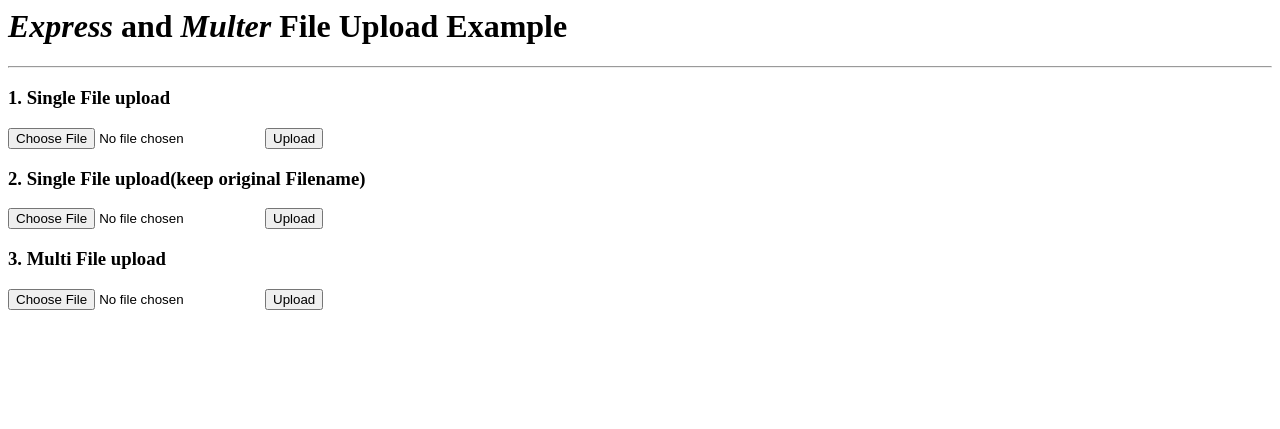
Repository: pys5205/anew
Page: http://localhost/
The author's editor kept a record of every edit. The page is drawn from the files as they stood at one moment, then again after the next edit.
The browser window is 1280 px wide. The pictures show the whole page.
The page is served by the project's Node server (node/multer/app.js).

Above is the page before.

### node/multer/views/upload.ejs
<h1><i>Express</i> and <i>Multer</i> File Upload Example</h1>
<hr>

<h3>1. Single File upload</h3>
<from action="./uploadFile" enctype="multipart/form-data" method="post">
  <input type="file" name="attachment">
  <button type="submit" class="btn btn-primary">Upload</button>
</from>

<h3>2. Single File upload(keep original Filename)</h3>
<from action="./uploadFileWithOriginalFilename" enctype="multipart/form-data" method="post">
  <input type="file" name="attachment">
  <button type="submit" class="btn btn-primary">Upload</button>
</from>

<h3>3. Multi File upload</h3>
<from action="./uploadFile" enctype="multipart/form-data" method="post">
  <input type="file" name="attachment">
  <button type="submit" class="btn btn-primary">Upload</button>
</from>

### node/multer/app.js
const express = require('express');
const morgan = require('morgan');
const path = require('path');
const app = express();
const bodyParser = require('body-parser');
const cookieParser = require('cookie-parser');
const router = express.Router();

// view engine setup
app.set('views', path.join(__dirname, 'views'))
app.set('view engine','ejs')
app.set('port', process.env.PORT || 3000)

app.use(morgan('dev'));
app.use(bodyParser.json());
app.use(bodyParser.urlencoded({ extended: false }));
app.use(cookieParser());

// routes setup
var main = require('./routes/main.js');
app.use('/', main);

app.listen(app.get('port'), () =>{
	console.log('3000 Port : 서버 실행 중')
});

### node/multer/routes/main.js
const express = require('express');
var router = express.Router();
var multer = require('multer');

var storage = multer.diskStorage({
    destination(req, file, cb) {
        cb(null, 'uploadedFiles/');
    },
    filename(req, file, cb) {
        cb(null, `${Date.now()}__${file.originalname}`)
    }
})

var upload = multer({ dest : 'uploadedFiles/' })
var uploadWithOriginalFilename = multer({ storage : storage })

router.get('/', function(req, res) {
    res.render('upload');
})

router.post('/uploadFile', upload.single('attachment'), function(req, res) {
    res.render('confirmation', { file : req.file, files : null});
})

router.post('/uploadFileWithOriginalFilename', uploadWithOriginalFilename.single('attachment'), function(req, res) {
    res.render('confirmation', { file : req.file, files : null});
})

router.post('/uploadFiles', upload.array('attachments'), function(req, res) {
    res.render('confirmation', { file : null, files : req.files });
})

router.post('/uploadFilesWithOriginalFilename', uploadWithOriginalFilename.array('attachments'), function(req, res) {
    res.render('confirmation', { file : null, files : req.files });
})

module.exports = router;

After the next edit:
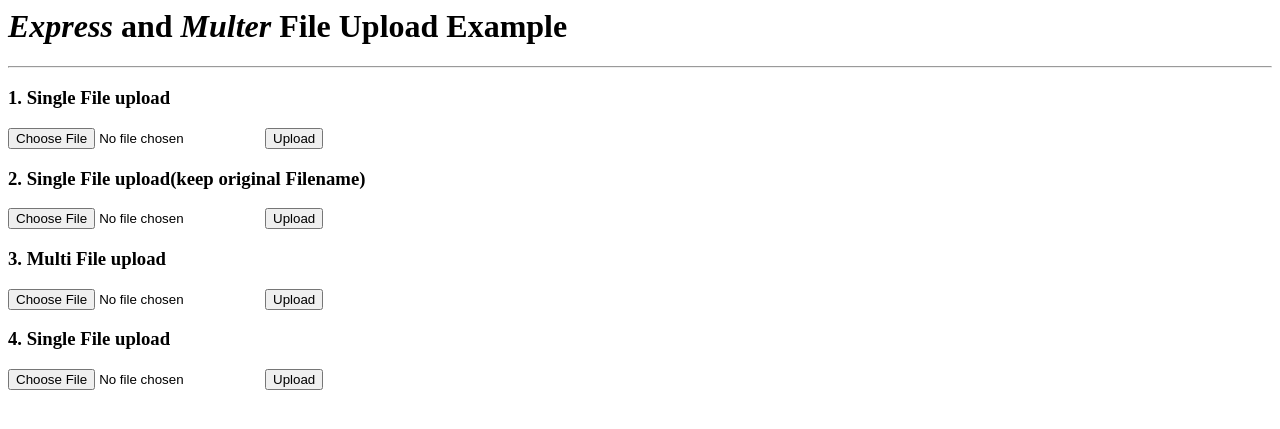
The edit:
--- a/node/multer/views/upload.ejs
+++ b/node/multer/views/upload.ejs
@@ -18,3 +18,9 @@
   <input type="file" name="attachment">
   <button type="submit" class="btn btn-primary">Upload</button>
 </from>
+
+<h3>4. Single File upload</h3>
+<from action="./uploadFile" enctype="multipart/form-data" method="post">
+  <input type="file" name="attachment">
+  <button type="submit" class="btn btn-primary">Upload</button>
+</from>
